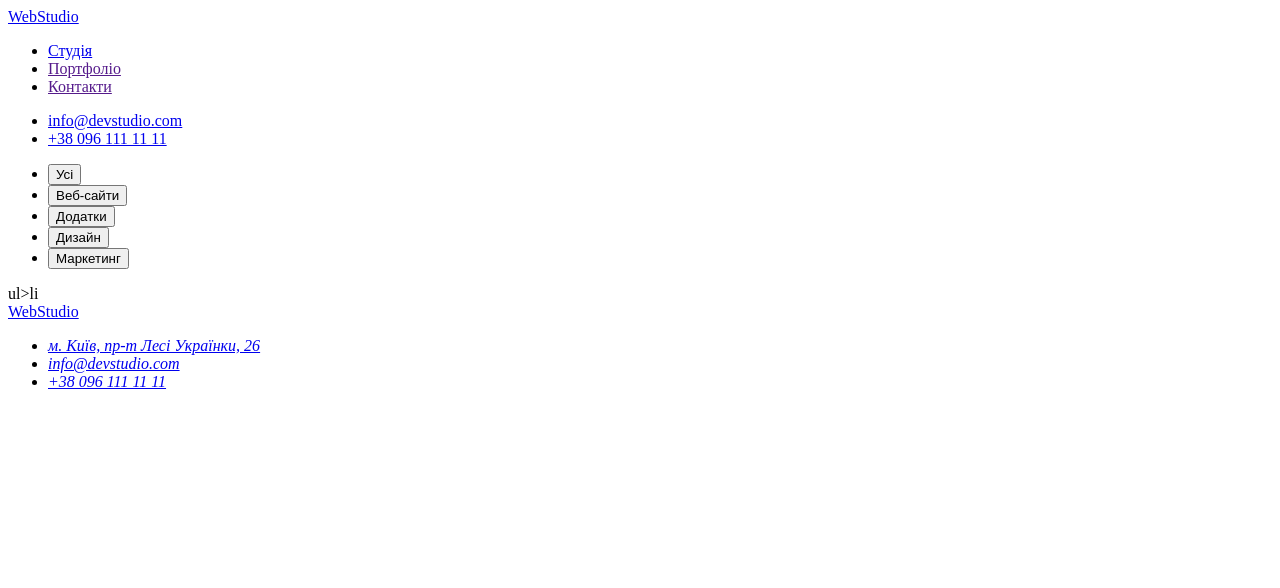
Repository: Mariia2811/goit-markup-hw-03
Page: portfolio.html
An editor plug-in stored every save of this project. The page is shown before and after a run of saves, followed by the edit.
The browser window is 1280 px wide. The pictures show the whole page.

Above is the page before, as saved 2022-11-24 19:56:09.

After the next 2 saves:
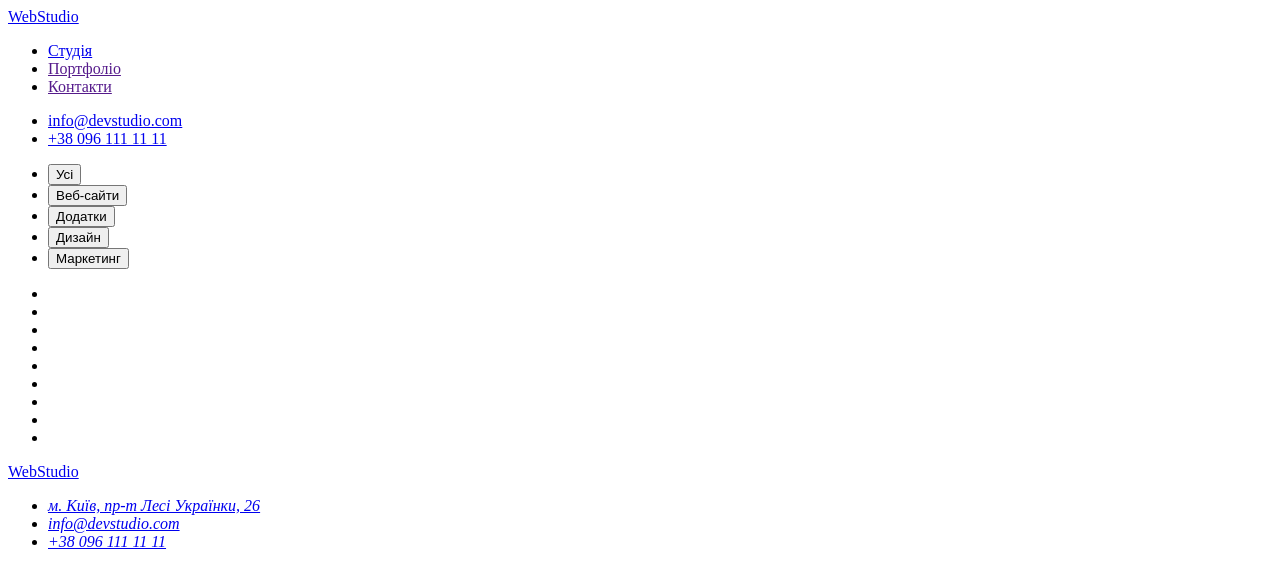
The 2 saves are shown as one change because they came seconds apart.
The last was saved 7 s later.
--- a/portfolio.html
+++ b/portfolio.html
@@ -32,7 +32,17 @@
             </ul>
         </section>
         <section>
-            ul>li
+            <ul>
+                <li><img src="" alt=""></li>
+                <li><img src="" alt=""></li>
+                <li><img src="" alt=""></li>
+                <li><img src="" alt=""></li>
+                <li><img src="" alt=""></li>
+                <li><img src="" alt=""></li>
+                <li><img src="" alt=""></li>
+                <li><img src="" alt=""></li>
+                <li><img src="" alt=""></li>
+            </ul>
         </section>
     </main>
     <footer>

After the save that followed:
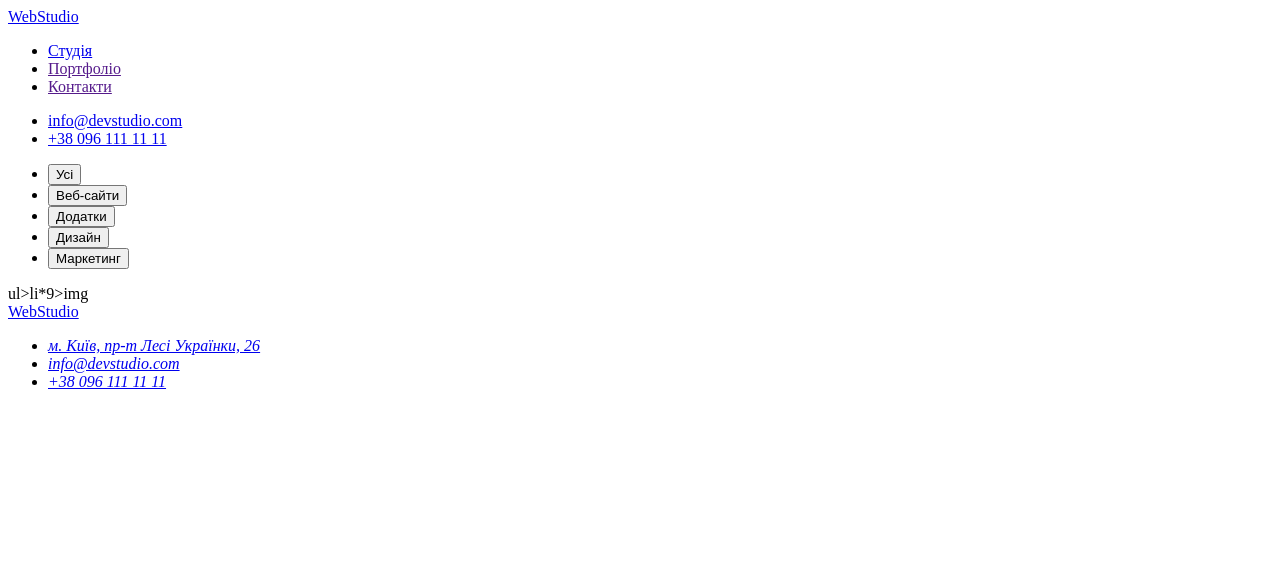
Saved 12 s later.
--- a/portfolio.html
+++ b/portfolio.html
@@ -32,17 +32,7 @@
             </ul>
         </section>
         <section>
-            <ul>
-                <li><img src="" alt=""></li>
-                <li><img src="" alt=""></li>
-                <li><img src="" alt=""></li>
-                <li><img src="" alt=""></li>
-                <li><img src="" alt=""></li>
-                <li><img src="" alt=""></li>
-                <li><img src="" alt=""></li>
-                <li><img src="" alt=""></li>
-                <li><img src="" alt=""></li>
-            </ul>
+            ul>li*9>img
         </section>
     </main>
     <footer>
